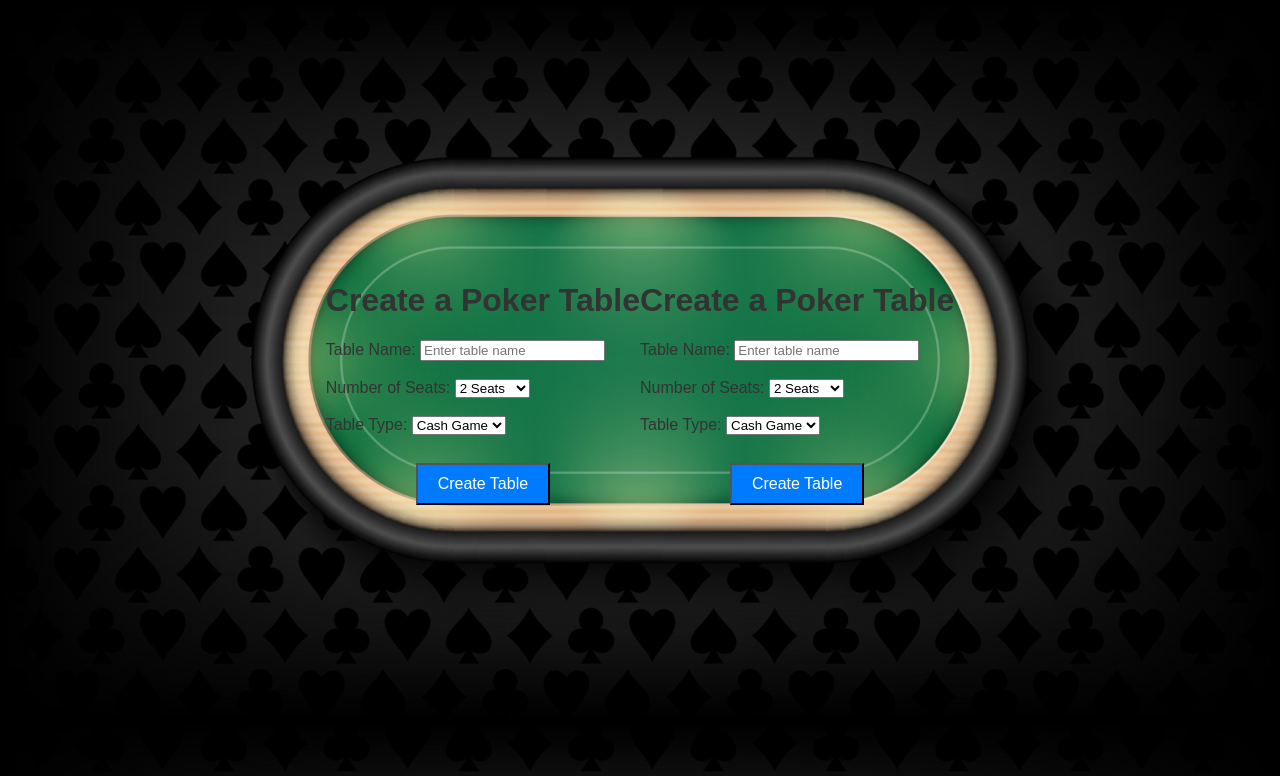
Repository: KidBillionaire/newapp
Page: public/create-table.html
An editor plug-in stored every save of this project. The page is shown before and after the next save, followed by the edit.
The browser window is 1280 px wide. The pictures show the whole page.
Backgrounds fixed to the window are drawn as part of the page.

Above is the page before, as saved 2024-10-10 16:17:30.

After the next save:
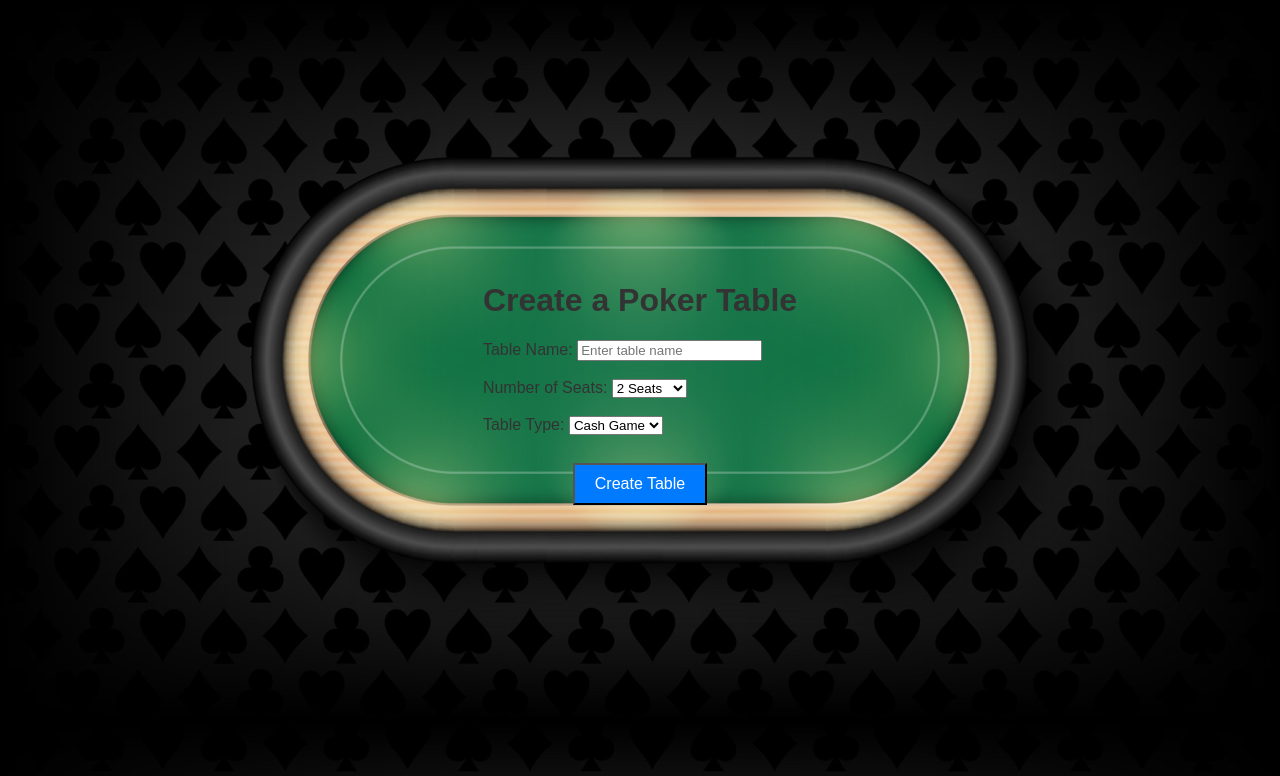
Saved 5 s later.
--- a/public/create-table.html
+++ b/public/create-table.html
@@ -36,41 +36,3 @@
   </div>
 </body>
 </html>
-<!DOCTYPE html>
-<html lang="en">
-<head>
-  <meta charset="UTF-8">
-  <meta name="viewport" content="width=device-width, initial-scale=1.0">
-  <title>Create a Poker Table</title>
-  <link rel="stylesheet" href="styles.css"> <!-- Link to your styles -->
-  <script defer src="/js/createTable.js"></script> <!-- Link to frontend JS for this page -->
-</head>
-<body class="create-table-page"> <!-- Add the class here to apply the background -->
-  <div>
-    <h1>Create a Poker Table</h1>
-    <!-- Form to Create a New Poker Table -->
-    <form id="createTableForm">
-      <label for="tableName">Table Name:</label>
-      <input type="text" id="tableName" placeholder="Enter table name" required>
-      <br><br>
-
-      <label for="numSeats">Number of Seats:</label>
-      <select id="numSeats">
-        <option value="2">2 Seats</option>
-        <option value="6">6 Seats</option>
-        <option value="10">10 Seats</option>
-      </select>
-      <br><br>
-
-      <label for="tableType">Table Type:</label>
-      <select id="tableType">
-        <option value="cash">Cash Game</option>
-        <option value="tournament">Tournament</option>
-      </select>
-      <br><br>
-
-      <button type="submit">Create Table</button>
-    </form>
-  </div>
-</body>
-</html>
